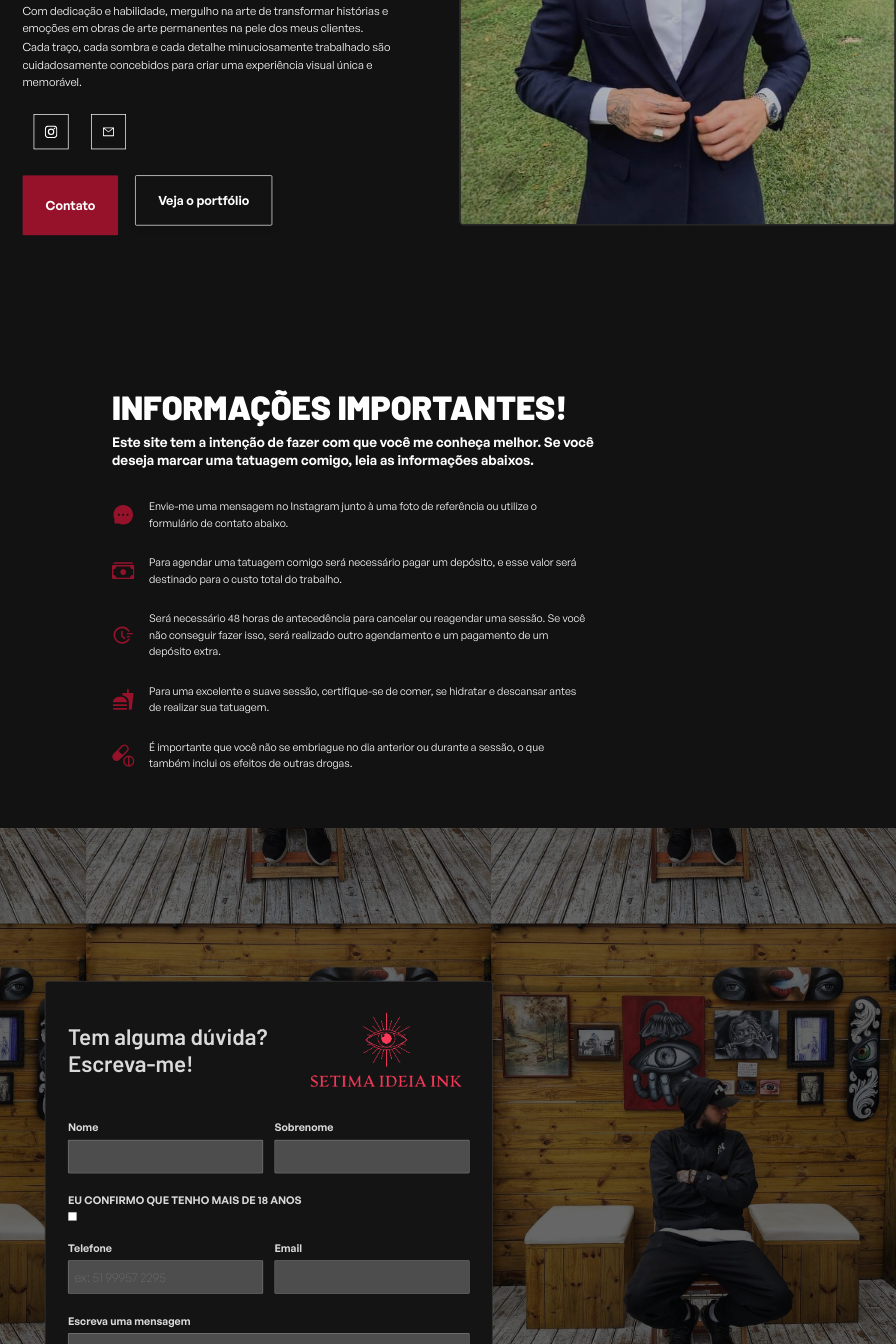
Repository: Leoka2000/S-tima-Ideia
Page: /
The author's editor kept a copy of each file at every save. The page is drawn from the files as they stood at one save, then again after the next save.
The browser window is 1280 px wide. The pictures show the part of the page from y = 4326 to 6246 px (the page is 6807 px tall before and 6791 px after), at 70% of full size.
Backgrounds fixed to the window are drawn as part of the page. The project was rebuilt for these pictures with package versions that can differ from the ones it lists, and the page was loaded fresh each time. Some packages were replaced by stand-ins written for this rebuild. Also part of the build but not shown: src/pages/main/instagram/instagram.css, src/pages/main/instagram/instagram.jsx, src/App.css, src/pages/portfolio/portfolio.css, src/data/database-common.js, src/pages/portfolio/loop-content.jsx, src/pages/portfolio/portfolio.jsx, src/pages/portfolio/index.jsx and 2 more. Imported but missing from the stored project, and not drawn on this page: src/assets/videos/cauan-video.mp4.

Above is the page before, as saved 2023-07-10 20:07:03.

After the next save:
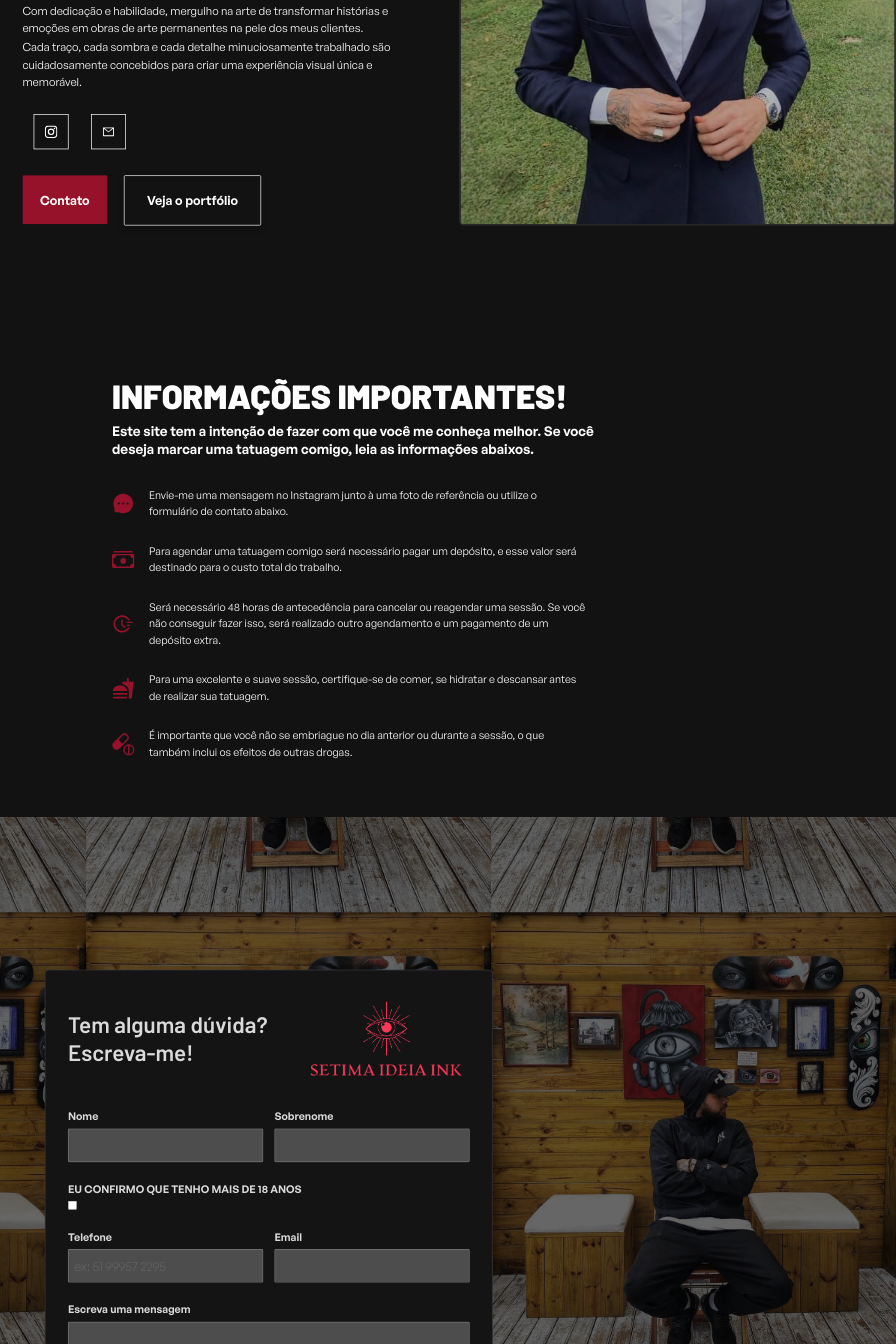
Saved 8 s later.
--- a/src/pages/sobre/about/about.css
+++ b/src/pages/sobre/about/about.css
@@ -107,7 +107,7 @@ color: #fff;
 
 }
 .solid {
-    padding: 2rem;
+    padding: 1.5rem;
     margin-bottom: 1rem;
     cursor: pointer;
     -webkit-box-pack: center;
